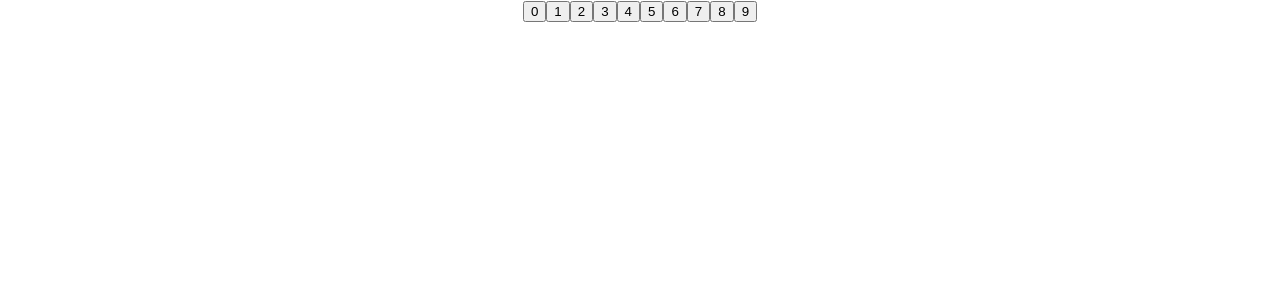
Repository: hoangphuong965/calculator_react
Page: /
The author's editor kept a copy of each file at every save. The page is drawn from the files as they stood at one save, then again after the next save.
The browser window is 1280 px wide. The pictures show the whole page.
The project was rebuilt for these pictures with package versions that can differ from the ones it lists, and the page was loaded fresh each time.

Above is the page before, as saved 2020-08-04 07:50:10.

After the next save:
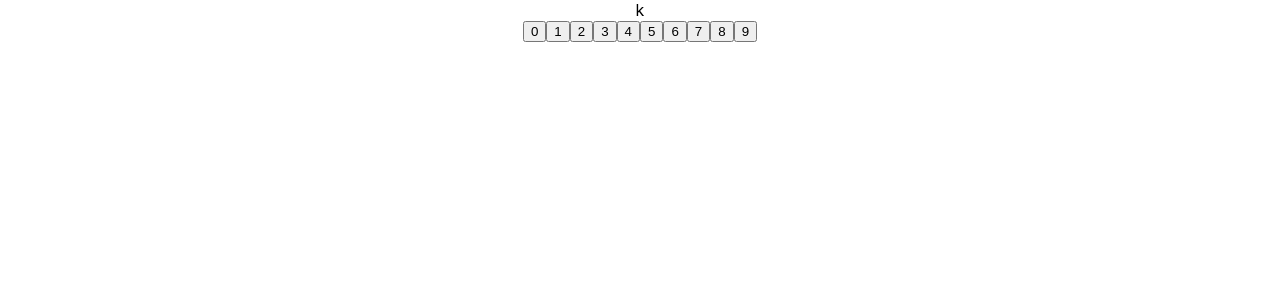
Saved 4 s later.
--- a/src/component/Key.js
+++ b/src/component/Key.js
@@ -3,7 +3,7 @@ import React from 'react'
 function Key() {
      return (
        <div className="key">
-
+            k
          <div className="key-number">
            <button className="data-key">0</button>
            <button className="data-key">1</button>
